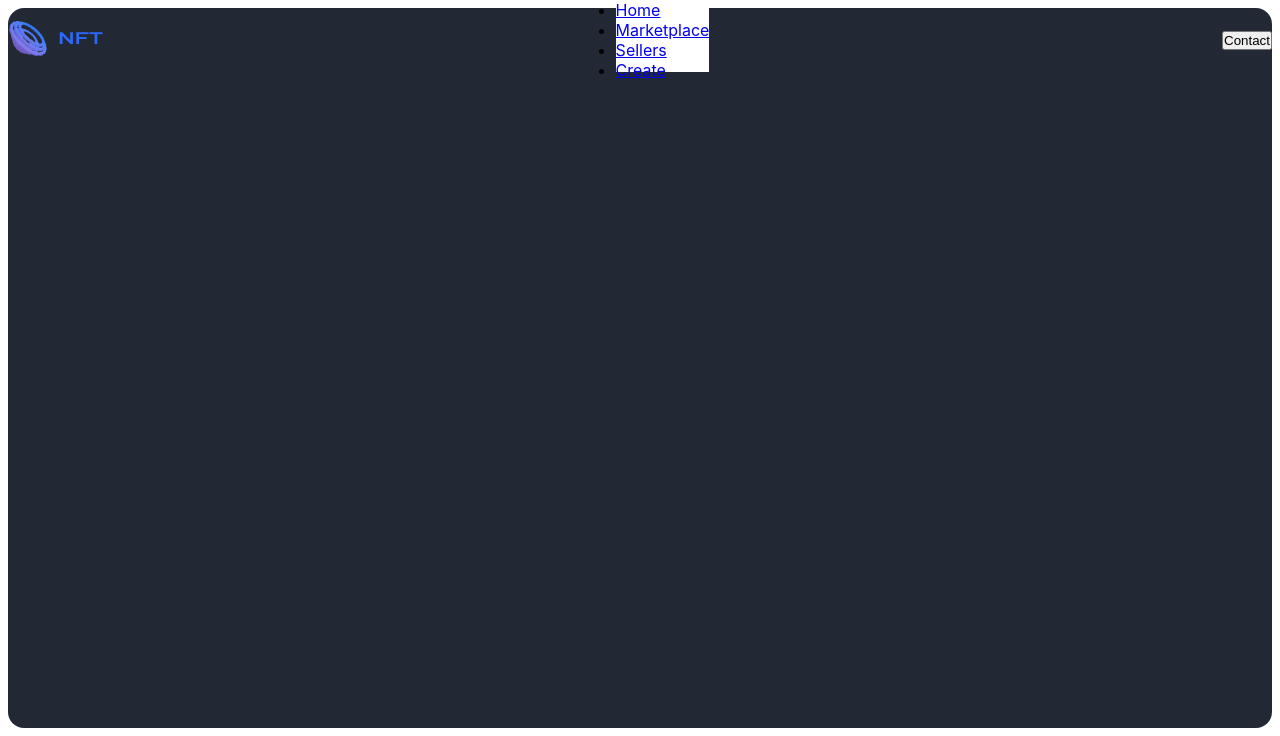
Repository: Ellisvelandia/NFT
Page: /
An editor plug-in stored every save of this project. The page is shown before and after the next save, followed by the edit.
The browser window is 1280 px wide. The pictures show the whole page.
The project was rebuilt for these pictures with package versions that can differ from the ones it lists, and the page was loaded fresh each time.

Above is the page before, as saved 2022-08-21 04:07:48.

### src/index.css
* {
  margin: 0;
  padding: 0;
  box-sizing: border-box;
}

body {
  margin: 0;
  font-family: -apple-system, BlinkMacSystemFont, "Segoe UI", "Roboto", "Oxygen",
    "Ubuntu", "Cantarell", "Fira Sans", "Droid Sans", "Helvetica Neue",
    sans-serif;
  -webkit-font-smoothing: antialiased;
  -moz-osx-font-smoothing: grayscale;
}

html {
  scroll-behavior: smooth;
}

### src/App.js
import React from 'react'
import Home from './components/Home'

export default function App() {
  return (
    <div>
      <Home/>
    </div>
  )
}

### src/components/Home.jsx
import React from "react";
import Navbar from "./Navbar";
import styled from "styled-components";

export default function Home() {
  return (
    <Section>
      <Navbar />
    </Section>
  );
}

const Section = styled.section`
  margin: 0.5rem;
  background-color: #232835;
  border-radius: 1rem;
  height: 100vh;
`;

### src/components/Navbar.jsx
import React from "react";
import styled from "styled-components";
import logo from "../assets/logo.png";
import Button from "./Button";

export default function Navbar() {
  return (
    <Nav>
      <div className="brand">
        <img src={logo} alt="logo" />
      </div>
      <div className="toggle"></div>
      <div className="links">
        <ul>
          <li>
            <a href="#">Home</a>
          </li>
          <li>
            <a href="#">Marketplace</a>
          </li>
          <li>
            <a href="#">Sellers</a>
          </li>
          <li>
            <a href="#">Create</a>
          </li>
        </ul>
      </div>
      <Button text="Contact" />
    </Nav>
  );
}

const Nav = styled.nav`
  display: flex;
  justify-content: space-between;
  align-items: center;
  margin: 0 2 rem;
  .toggle {
    display: none;
  }
  .links {
    height: 4rem;
    display: flex;
    justify-conetent: center;
    align-items: center;
    background-color: white;
    clip-path:polygon(0 0 ,100);
  }
`;

### src/components/Button.jsx
import React from "react";
import styled from "styled-components";

export default function Button({ text }) {
  return <Btn>{text}</Btn>;
}

const Btn = styled.button``;

Loaded but not shown: public/index.html (common file); src/index.js (common file)

After the next save:
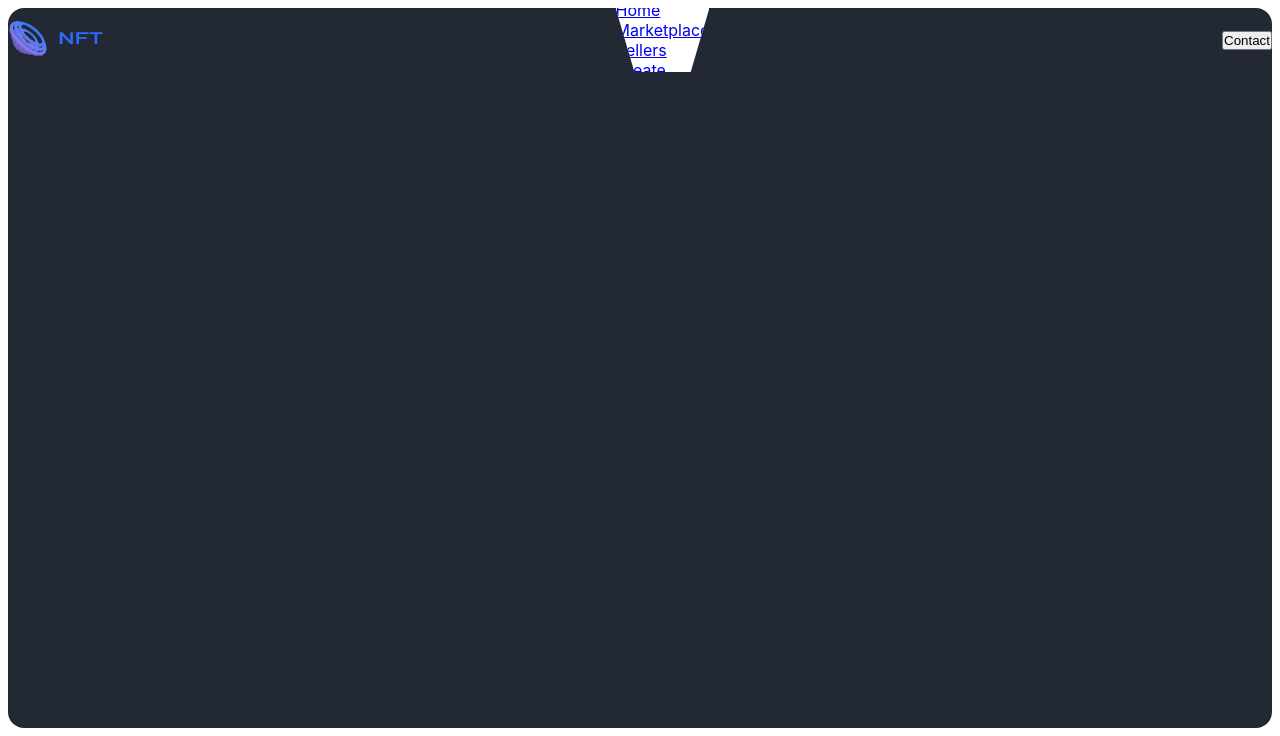
Saved 14 s later.
--- a/src/components/Navbar.jsx
+++ b/src/components/Navbar.jsx
@@ -45,6 +45,6 @@
     justify-conetent: center;
     align-items: center;
     background-color: white;
-    clip-path:polygon(0 0 ,100);
+    clip-path:polygon(0 0 ,100% 0, 80% 100%, 20% 100%);
   }
 `;
